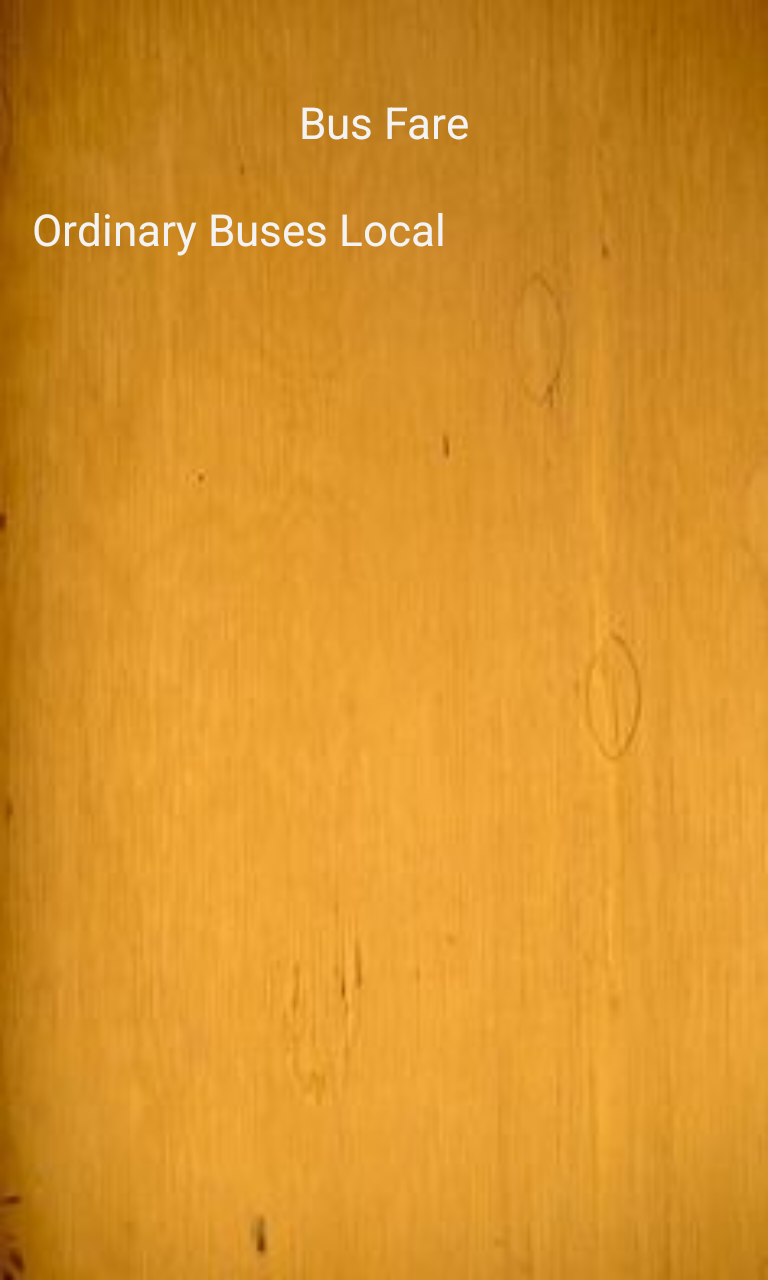
Repository: yogeshwar1996/android-app
Layout: CHD!!@BUSES/res/layout/activity_info.xml
These files come from the project's save history. The layout is drawn as it stood at one moment and after the next save; the edit follows.
It is drawn on a 768 x 1280 px phone screen (xhdpi) without system bars, with theme android:Theme.Holo; the app's code is not run.

Above is the layout before, as saved 2016-07-11 04:54:20.

After the next save:
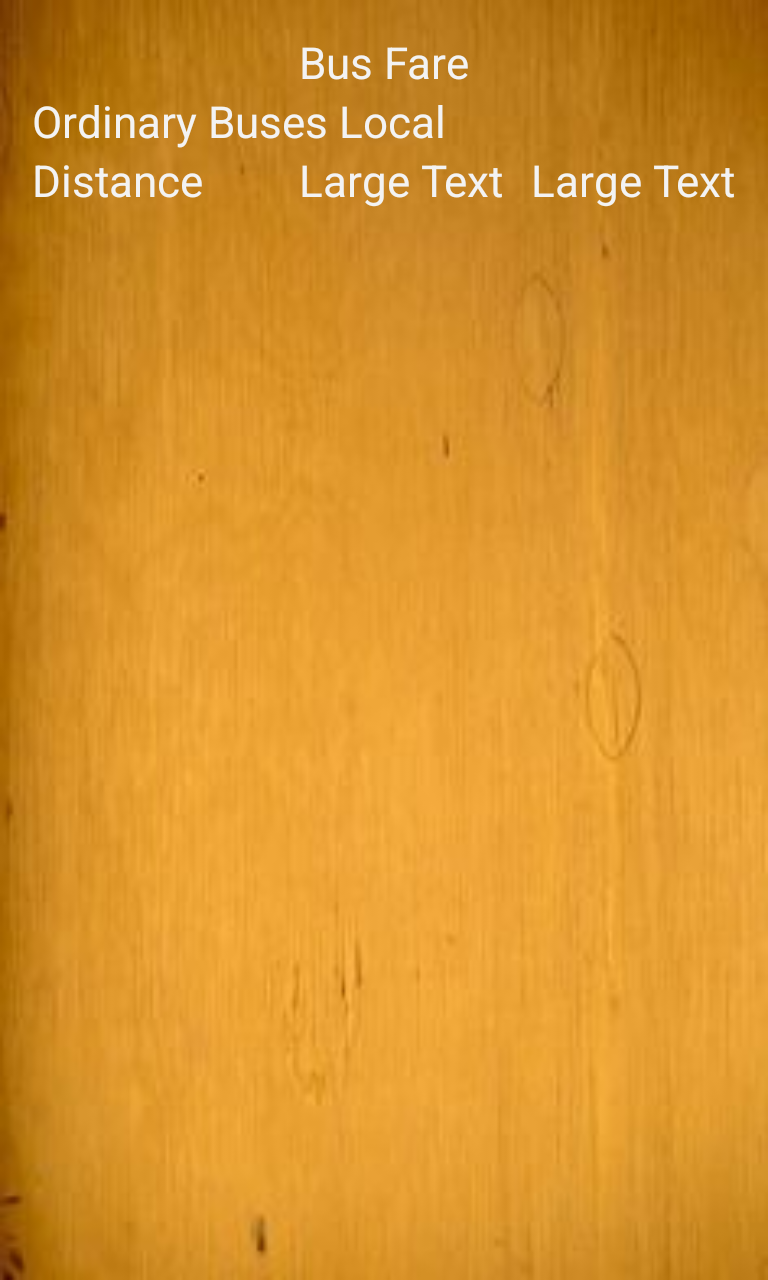
Saved 80 s later.
--- a/CHD!!@BUSES/res/layout/activity_info.xml
+++ b/CHD!!@BUSES/res/layout/activity_info.xml
@@ -10,23 +10,50 @@
     tools:context="com.example.chdbuses.Info" >
 
     <TextView
+        android:id="@+id/textView2"
+        android:layout_width="match_parent"
+        android:layout_height="wrap_content"
+        android:layout_below="@+id/textView1"
+        android:layout_centerHorizontal="true"
+        android:text="Ordinary Buses Local"
+        android:textAppearance="?android:attr/textAppearanceLarge" />
+
+    <TextView
         android:id="@+id/textView1"
         android:layout_width="wrap_content"
         android:layout_height="wrap_content"
         android:layout_alignParentTop="true"
         android:layout_centerHorizontal="true"
-        android:layout_marginTop="30dp"
         android:text="Bus Fare"
         android:textAppearance="?android:attr/textAppearanceLarge" />
 
     <TextView
-        android:id="@+id/textView2"
-        android:layout_width="match_parent"
+        android:id="@+id/textView4"
+        android:layout_width="wrap_content"
         android:layout_height="wrap_content"
-        android:layout_alignRight="@+id/textView1"
-        android:layout_below="@+id/textView1"
-        android:layout_marginTop="24dp"
-        android:text="Ordinary Buses Local"
+        android:layout_alignBaseline="@+id/textView3"
+        android:layout_alignBottom="@+id/textView3"
+        android:layout_alignLeft="@+id/textView1"
+        android:text="Large Text"
+        android:textAppearance="?android:attr/textAppearanceLarge" />
+
+    <TextView
+        android:id="@+id/textView5"
+        android:layout_width="wrap_content"
+        android:layout_height="wrap_content"
+        android:layout_alignBaseline="@+id/textView4"
+        android:layout_alignBottom="@+id/textView4"
+        android:layout_alignParentRight="true"
+        android:text="Large Text"
+        android:textAppearance="?android:attr/textAppearanceLarge" />
+
+    <TextView
+        android:id="@+id/textView3"
+        android:layout_width="wrap_content"
+        android:layout_height="wrap_content"
+        android:layout_alignParentLeft="true"
+        android:layout_below="@+id/textView2"
+        android:text="Distance"
         android:textAppearance="?android:attr/textAppearanceLarge" />
 
 </RelativeLayout>
